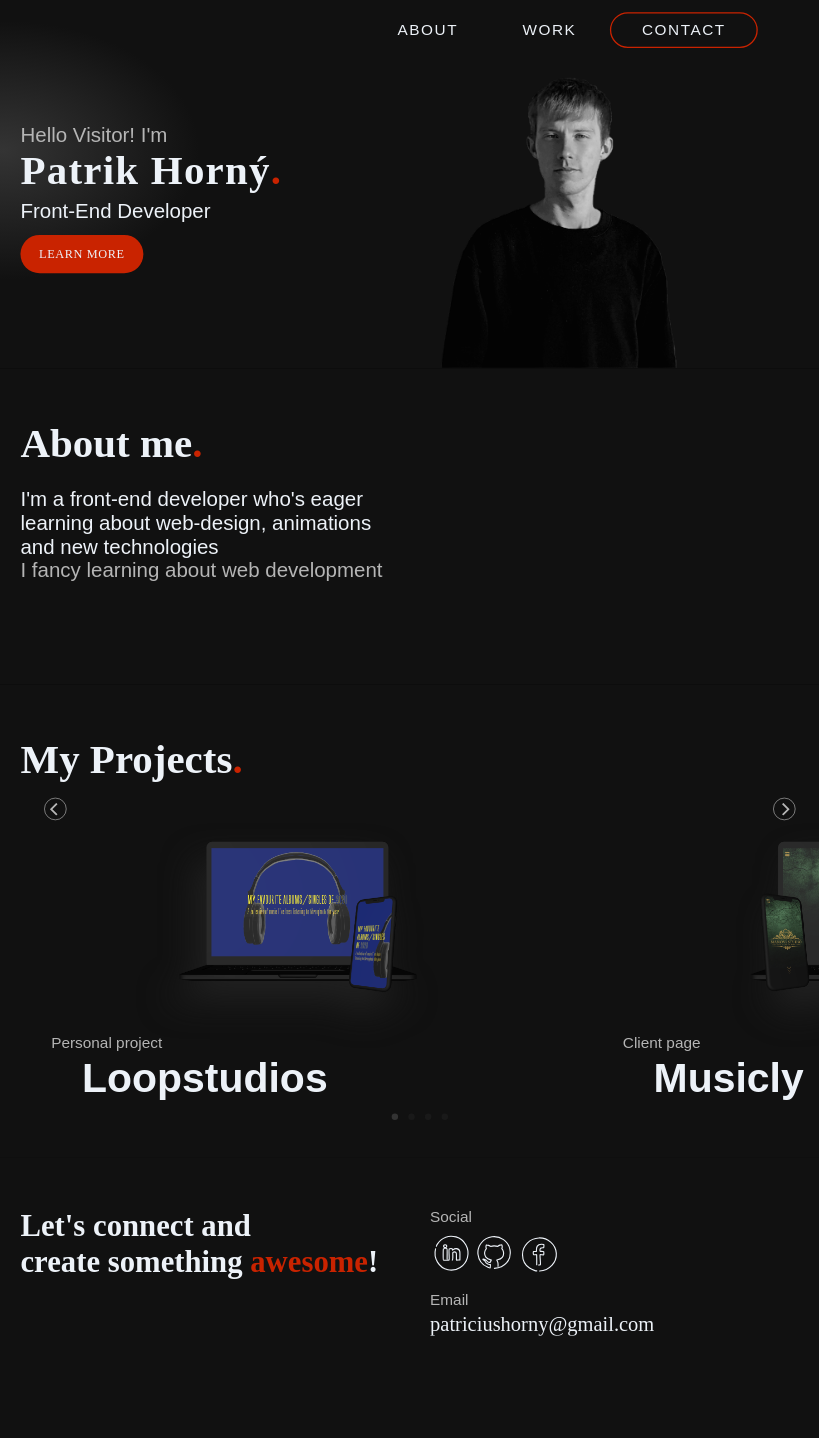
Repository: Spreceriany/portfolio
Page: index.html
The author's editor kept a copy of each file at every save. The page is drawn from the files as they stood at one save, then again after a run of saves.
The browser window is 1280 px wide. The pictures show the whole page, at 64% of full size.
The pointer rests on the first visible `.block-image`.
Some web fonts or font styles are not loaded; a fallback is used. The style sheet was rebuilt from its Sass, Less or Tailwind sources for each picture, by a compiler version that may differ from the author's.

Above is the page before, as saved 2021-03-11 11:54:02.

### index.html
<!DOCTYPE html>
<html lang="en">

<head>
    <meta charset="UTF-8">
    <meta http-equiv="X-UA-Compatible" content="IE=edge">
    <meta name="viewport" content="width=device-width, initial-scale=1.0">
    <title>Patrik Horny | Portfolio</title>
    <link rel="stylesheet" href="css/style.css">
    <link rel="preconnect" href="https://fonts.gstatic.com">
    <link href="https://fonts.googleapis.com/css2?family=Asul&family=Chivo:wght@900&display=swap" rel="stylesheet">
    <link rel="stylesheet" href="https://unpkg.com/flickity@2/dist/flickity.min.css">

</head>

<body>
    <header>
        <nav>
            <ul>
                <li><a href="#">About</a></li>
                <li><a href="#">Work</a></li>
                <li><a href="#">Contact</a></li>
            </ul>
            <div class="burger">
                <div class="line1"></div>
                <div class="line2"></div>
                <div class="line3"></div>
            </div>
        </nav>
    </header>

    <main>
        <section class="hero">
            <div class="hero__left-col">
                <p class="gray">Hello Visitor! I'm</p>
                <h1>Patrik Horný<span class="orange">.</span></h1>
                <p>Front-End Developer</p>
                <a href="#" class="btn">Learn more</a>

            </div>
            <div class="hero__right-col">
                <img src="./img/my_photo.png" alt="my-photo">

            </div>
        </section>

        <section class="about">
            <div class="about__left-col">
                <h2>About me<span class="orange">.</span></h2>
                <p>I'm a front-end developer who's eager learning about web-design, animations and new technologies
                </p>
                <p class="gray">I fancy learning about web development</p>
            </div>


        </section>

        <section class="work">
            <h2>My Projects<span class="orange">.</span></h2>
            <div class="carousel">

                <a class="work__item" href="https://musicly2020.netlify.app/">
                    <div class="block">
                        <img srcset="./img/musicly-mob/musicly-sm_aquzlh_c_scale,w_200.png 200w,
                        ./img/musicly-mob/musicly-sm_aquzlh_c_scale,w_662.png 611w,
                         ./img/musicly-lg.png  900w" src="./img/mobile/musicly-sm.png"  class="block-image" alt="musicly">

                        <small>Personal project</small>
                        <h3>Musicly 2020</h3>
                    </div>
                </a>

                <a class="work__item" href="https://manovistudio.dk/">
                    <div class="block">
                         <img srcset="./img/manovi-mob/manovistudio_euxpyv_c_scale,w_200.png 200w,
                         ./img/manovi-mob/manovistudio_euxpyv_c_scale,w_519.png 433w,
                         ./img/manovi-mob/manovistudio_euxpyv_c_scale,w_741.png 611w,
                         ./img/manovi-lg.png 900w"

                         src="./img/mobile/manovistudio.png" alt="manovistudio">
                         <small>Client page</small>
                         <h3>Manovistudio</h3>
                    </div>

                </a>

                <a class="work__item" href="https://wrappedgreen.netlify.app/">
                    <div class="block">
                          <img srcset="./img/wrapped-mob/wrapped-sm_lgvr6n_c_scale,w_200.png 200w,
                          ./img/wrapped-mob/wrapped-sm_lgvr6n_c_scale,w_583.png 433w,
                          ./img/wrapped-mob/wrapped-sm_lgvr6n_c_scale,w_848.png 644w,
                          ./img/wrapped-lg.png 900w"
                          src="./img/mobile/wrapped-sm.png" class="block-image" alt="wrappedgreen">
                          <small>Landing page</small>
                          <h3>Wrapped Green</h3>
                    </div>

                </a>



                <a class="work__item" href="https://loopstudiovr.netlify.app/">
                    <div class="block">
                        <img srcset="./img/loop-mob/loopstudios-sm_hzrmrv_c_scale,w_200.png 200w,
                        ./img/loop-mob/loopstudios-sm_hzrmrv_c_scale,w_433.png 433w,
                        ./img/loop-mob/loopstudios-sm_hzrmrv_c_scale,w_611.png 611w,
                        ./img/loop-lg.png 900w" src="./img/loop-mob/loopstudios-sm_hzrmrv_c_scale,w_200.png"
                    alt="loopstudios">
                        <small>Landing page</small>
                        <h3>Loopstudios</h3>

                    </div>

                </a>





            </div>

        </section>

        <section class="contact">
            <div class="contact__left-col">
                <h3>Let's connect and</h3>
                <h3>create something <span class="orange">awesome</span>! </h3>
            </div>

            <div class="contact__right-col">
                <small class="gray">Social
                </small>
                <ul>
                    <li><a href="https://www.linkedin.com/in/patrik-horn%C3%BD-42b797205/">
                            <?xml version="1.0" ?><svg height="256px" id="Layer_1" version="1.1" viewBox="0 0 256 256"
                                width="256px" xml:space="preserve" xmlns="http://www.w3.org/2000/svg"
                                xmlns:xlink="http://www.w3.org/1999/xlink">
                                <path class="st0"
                                    d="M34.367,105.308c-15.255,58.994,21.499,118.714,77.309,130.865c54.491,11.864,108.741-24.931,122.132-78.209  c13.576-54.011-18.103-112.414-72.055-127.246C77.289,8.035,39.505,84.527,39.501,88.37" />
                                <path class="st0"
                                    d="M106.662,168.972c-0.36-21.051,0.978-61.432-0.945-63.422  c-1.923-1.99-17.046-7.923-19.883-12.471c-2.838-4.548-2.011-13.662,8.126-13.674s11.419,8.666,8.78,14.31  c-2.64,5.644-17.584,9.811-19.288,12.105c-1.704,2.294-2.429,68.28,0,69.899c2.429,1.619,32.926,1.484,35.624-0.54  c2.699-2.024-3.374-67.47,0-69.09s17.407-1.889,19.162-1.079c1.754,0.81,0.675,7.692,1.889,8.366  c1.214,0.675,10.171-11.177,24.289-9.446c10.46,1.282,19.837,10.121,21.321,18.892s0.899,34.545,0.54,51.817  c-7.197,0.27-14.394,0.675-21.59,0.945c-0.27-14.574,1.08-33.6-0.81-43.586c-1.889-9.986-22.328-9.849-22.13,0  s1.619,43.586-2.699,43.451"
                                    id="linkedin" />
                            </svg>
                        </a></li>
                    <li><a href="https://github.com/Spreceriany">
                            <?xml version="1.0" ?><svg height="256px" id="Layer_2" version="1.1" viewBox="0 0 256 256"
                                width="256px" xml:space="preserve" xmlns="http://www.w3.org/2000/svg"
                                xmlns:xlink="http://www.w3.org/1999/xlink">
                                <path class="st0" d="M128.1,222.073" />
                                <path class="st0"
                                    d="M130.164,226.986c63.917-3.557,108.667-52.057,97.259-116.5c-9.288-52.47-60.722-87.613-112.739-80.577  C61.952,37.041,21.39,85.877,27.386,139.004c5.689,47.857,35.128,70.23,59.685,80.335c5.717,2.353,13.401,5.785,15.997,5.229  c2.596-0.556,1.763-14.95,1.763-21.889c-16,2.459-21.475-3.841-24.875-7.563c-3.857-4.222-6.125-8.563-10.063-14.938  s-11.063-4.875-11.813-8.563s15-2.688,26.313,11.25c8.188,10.146,16.928,7.089,21.625,4.188c0.154-1.612,0.526-3.775,1.438-6.188  c0.967-2.557,3.625-4.104,3.208-5.854c-0.417-1.75-21.804-0.577-34-17.667c-8.809-12.344-9.129-26.955-5.667-37.833  c2.322-7.297,6.196-12.443,8.833-15.417c-1.011-2.162-2.513-6.109-2.583-11.25c-0.076-5.549,1.554-9.796,2.583-12  c3.492,0.104,8.54,0.644,14.25,2.667c5.469,1.937,9.593,4.542,12.333,6.583c4.975-1.671,12.218-3.489,21.083-3.667  c10.135-0.203,18.344,1.819,23.667,3.583c2.616-2.336,6.987-5.648,13.167-7.917c4.489-1.648,8.518-2.229,11.5-2.417  c1.143,2.165,3.075,6.519,3.167,12.332c0.085,5.351-1.426,9.47-2.416,11.664c2.867,3.459,7.394,9.875,9.502,18.995  c0.751,3.249,4.857,20.981-6.996,36.24c-12.408,15.974-33.06,13.524-33.992,15.73c-0.932,2.206,3.964,6.297,6.266,14.877  c2.302,8.58,1.327,24.979,1.327,24.979" />
                            </svg>
                        </a></li>

                    <li><a href="https://www.facebook.com/profile.php?id=100007154296012">
                            <?xml version="1.0" ?><svg height="256px" id="Layer_1" version="1.1" viewBox="0 0 256 256"
                                width="256px" xml:space="preserve" xmlns="http://www.w3.org/2000/svg"
                                xmlns:xlink="http://www.w3.org/1999/xlink">
                                <g>
                                    <path class="st0"
                                        d="M118.489,204.01c0.668-30.724-0.583-59.627-0.514-61.433c0.099-2.572-16.945,1.061-19.046-1.053   c-2.101-2.114-3.309-18.205-0.521-19.591s15.355,1.129,18.007-0.526c2.652-1.655-11.513-55.269,46.601-43.421   c1.589,0.795-0.132,18.732-1.059,20.122c-0.927,1.39-12.708-1.787-19.062,3.177c-6.354,4.964-3.707,18.664-2.383,19.591   c1.324,0.927,20.188,0.198,21.445,1.589s1.456,18.798,0,20.122c-1.456,1.324-20.819-2.41-22.769-1.058   c-1.606,1.113,4.224,60.038,2.558,62.373c-1.666,2.335-7.731,2.133-11.56,2.226" />
                                    <path class="st0"
                                        d="M136.577,243.358c60.912-1.648,108.145-53.478,104.395-110.472c-3.662-55.647-54.02-97.612-108.923-95.753   C76.39,39.017,29.02,85.605,29.68,141.555c1.549,87.443,85.505,102.61,89.2,101.551" />
                                </g>
                            </svg>
                        </a></li>
                </ul>
                <small class="gray">Email</small>
                <a href="mailto:patriciushorny@gmail.com">patriciushorny@gmail.com</a>
            </div>

        </section>
    </main>

    <script src="https://unpkg.com/flickity@2/dist/flickity.pkgd.min.js"></script>

    <script src="js/script.js"></script>

</body>

</html>

### js/script.js
var elem = document.querySelector(".carousel");
var flkty = new Flickity(elem, {
  contain: true,

  prevNextButtons: true,
  pageDots: true,
  cellAlign: "left",
  contain: true,
  wrapAround:true,

});

### css/style.scss
$white-ish: #edf2f8;
$orange: rgb(201, 35, 0);
$gray: #b5b5b5;
$black: #111111;

body {
  font-family: "Asul", "Chivo", sans-serif;
  margin: auto;
  max-width: 1920px;
  overflow-x: hidden;
  background: radial-gradient(
    59.93% 44.1% at -11.63% 36.77%,
    #343434 0%,
    #111111 100%
  );
}

* {
  box-sizing: border-box;
  margin: 0;
  padding: 0;
  -webkit-font-smoothing: antialiased;
  -moz-osx-font-smoothing: grayscale;
}

.orange {
  color: $orange;
}

.gray {
  color: $gray;
}

@mixin clamping($min, $mid, $max) {
  font-size: clamp($min, $mid, $max);
}

@mixin grid($breakpoint){
  display:grid;
  grid-template-columns: 1fr;
  @media(min-width:$breakpoint){
    grid-template-columns: 1fr 1fr;
  }
}

header {
  max-width: 1440px;
  margin: 0 auto;
  min-height: 13vh;
  position: absolute;
  top: 0;
  left: 0;
  right: 0;
  display: flex;
  justify-content: flex-end;
  z-index: 2;
  nav {
    min-height: 10vh;
    display: flex;
    align-items: center;
    top: 0;
    right: 0;

    .burger {
      cursor: pointer;
      margin-right: 2em;
      @media (min-width: 996px) {
        display: none;
      }
      div {
        background-color: $orange;
        margin: 0.3em;
        transition: transform 500ms ease, opacity 500ms ease, width 500ms ease;
        &:nth-child(1) {
          width: 1.5em;
          height: 0.2em;
        }
        &:nth-child(2) {
          width: 1em;
          height: 0.2em;
        }

        &:nth-child(3) {
          width: 0.6em;
          height: 0.2em;
        }
      }
    }

    ul {
      margin-left: auto;
      display: none;
      @media (min-width: 992px) {
        display: block;
      }

      li {
        display: inline-block;
        padding: 0.5em 2em;
        font-size: 1.5rem;
        text-transform: uppercase;
        cursor: pointer;

        &:last-of-type {
          border: 2px solid $orange;
          border-radius: 9999px;
          background-image: linear-gradient($orange, $orange);
          background-position: 50% 50%;
          background-repeat: no-repeat;
          background-size: 0% 100%;
          transition: background-size 0.3s;
          margin-right: 4em;
          &:hover {
            background-size: 100% 100%;
          }
        }

        &:not(:last-child) a:hover {
          color: $orange;
        }
        a {
          width: 100%;
          text-decoration: none;
          color: $white-ish;
          letter-spacing: 0.1em;
          transition: color 0.3s ease-out;
        }
      }
    }
  }
}

main {
  margin: 0 auto;
  background-color: black;
}

.btn {
  background-color: $orange;
  padding: 1em 0.7em;
  color: $white-ish;
  border-radius: 9999px;
  width: 10em;
  flex-shrink: 0;
  text-align: center;
  text-decoration: none;
  text-transform: uppercase;
  font-family: "Chivo";
  letter-spacing: 0.05em;
  margin: 1em 0;
  @include clamping(.8rem,3vw ,1.2rem );
  &:hover {
    background-color: transparent;
  }
  @media(min-width:556px){

    padding: 1em .5em;

  }
}

.hero {
  width: 100%;

  margin: 0 auto;
  min-height: 80vh;
  @media(min-width:556px){
    max-height: 100vh;
  }
  background: radial-gradient(
    59.93% 44.1% at -11.63% 36.77%,
    #343434 0%,
    #111111 100%
  );
  @media(min-width:556px){
    background: radial-gradient(23.93% 35.1% at 0.37% 40.77%, #343434 0%, #111111 100%);
  }
  align-items: center;
  color: $white-ish;
  position: relative;
  @include grid(556px);

  &__left-col {
    display: flex;
    flex-direction: column;
    padding-left: 2em;
    padding-top: 4em;
    ul {
      list-style-type: none;
      li {
        display: inline-flex;
        width: 2em;
        img {
          width: 100%;
        }
      }
    }

    p {
      @include clamping(1rem, 3vw, 2rem);
    }

    h1 {
      @include clamping(2rem, 5vw, 6rem);
      margin-bottom: 0.1em;
      letter-spacing: 0.03em;
      font-family: "Chivo";
    }
  }

  &__right-col {
    position: relative;

    display: flex;
    flex-direction: column;
    align-items: flex-end;
    width: 100%;
    height: 100%;
    &::after {
      content: "";
      position: absolute;
      width: 100%;
      height: 100%;
      bottom: 0;
      left: 0;
      box-shadow: inset 0 -10px 10px -10px #000000;
      @media(min-width:556px){
        box-shadow: none;
      }
    }
    img {
      position: absolute;
      width: 70%;
      right: 0;
      bottom: 0;
      @media(min-width:556px){
        max-width: 90%;
        object-fit: contain;
        height: 80%;
        left:0;
        right: auto;
      }
    }
  }
}

.about {
  width: 100%;
  padding: 5em 0 10em 0;
  background-color: #111111;
  color: $white-ish;
  display: grid;

  @include grid(556px);
  &__left-col {
    padding: 0 2em;
    h2 {
      font-family: "Chivo";
      @include clamping(2rem, 5vw, 6rem);
      margin-bottom: 0.5em;
    }
    p{
      @include clamping(1.2rem, 3vw, 2rem);
    }
  }


}

.work {
  width: 100%;
  padding: 5em 0;
  position: relative;
  background-color: $black;
  padding-left: 2em;
  h2 {
    color: $white-ish;
    font-family: "Chivo";

    @include clamping(2rem, 5vw, 6rem);

  }
  &__item {
    position: relative;
    width: 69%;
    height: 100%;
    margin-right: 2em;
    display: flex;
    flex-direction: column;
    padding-bottom: 2em;


    .link{
      opacity:0;
      position: absolute;
      top: 100%;
      left: 24%;
      text-decoration: none;
      color: $white-ish;
      border:1px solid $white-ish;
    }


    .block{
      height: 100%;
    }
    .block:hover {
      .link{
        opacity:1;
        z-index: 5;
      }



    }
    img {
      width: 100%;
      height: 100%;
      object-fit: contain;
      position: relative;
    }
    &:nth-child(odd) img {
      filter: drop-shadow(-17px 31px 25px rgb(32, 32, 32));
    }
    &:nth-child(even) img {
      filter: drop-shadow(20px 31px 25px rgb(32, 32, 32));
    }

    small {
      display: block;
      color: $gray;
      font-size: clamp(0.8rem, 3vw, 1.5rem);
    }
    h2 {
      color: $white-ish;
      font-family: "Asul";
      letter-spacing: 0.02em;
      padding-left: 0;
      font-weight: normal;
      @include clamping(1.7rem, 5vw, 6rem);
    }

    h3{
      @include clamping(1.7rem, 5vw, 4rem);
      color: $white-ish;
      position: relative;
      display: inline-block;
      color: $orange;
      overflow: hidden;
      background: linear-gradient(to right, $orange, $orange 50%, $white-ish 50%);
      background-clip: text;
      -webkit-background-clip: text;
      -webkit-text-fill-color: transparent;
      background-size: 200% 100%;
      background-position: 100%;
      transition: background-position 275ms ease;
      text-decoration: none;
      &:hover {
        background-position: 0 100%;
      }
    }

    small,
    h3 {
      position: absolute;
      margin-top: 1.5em;
      top: 74%;
      padding-left: 2em;

      @media(min-width:1000px){
        margin-top:  0.8em;
      }
    }
  }
}

.carousel{
  width:100%;
  height:50vh;
  @media(min-width:1212px){
    height: 70vh;
  }

}




.flickity-viewport{
  height: 100% !important;
}

.contact{
  width: 100%;
  padding: 5em 0 10em 0em;
  background: $black;
  color: $white-ish;
  display: grid;
  grid-template-columns: 1fr;
  @media(min-width:556px){
    grid-template-columns: 1fr 1fr;
  }


  &__left-col{
    margin-bottom: 2em;
    font-family: 'Asul';
    padding: 0em 2em;
    @media(max-width:556px){
      padding: 0;
    }
    h3{
      @include clamping(2rem, 5vw, 3rem);


      .orange{

        font-weight: bold;


      }
    }
  }

  &__right-col{
    display: flex;
    flex-direction: column;
    @media(max-width:556px){
      padding:0;
    }
    padding: 0em 2em;

    small{
      @include clamping(.9rem,3vw ,1.5rem );
      margin-bottom: .2em ;
    }

    svg {
      width: 100%;
      height: 100%;
      fill: none;
      stroke: #edf2f8;
      stroke-width: 7;
      stroke-linecap: round;
      stroke-linejoin: round;
      stroke-miterlimit: 10;
      transition: stroke 0.3s, transform 0.3s ease-in;
      &:hover {
        stroke: $orange !important;
        transform: translateY(-2px);
      }
    }

    ul {
      list-style-type: none;
      li {
        display: inline-flex;
        width: 3em;
        @media(min-width:556px){
          width: 4em;
          margin-bottom: 1.5em;
        }
        img {
          width: 100%;
        }
      }
    }

    a{
      @include clamping(1.5rem, 5vw, 2rem);
      position: relative;
      display: inline-block;
      color: $orange;
      overflow: hidden;
      background: linear-gradient(to right, $orange, $orange 50%, $white-ish 50%);
      background-clip: text;
      -webkit-background-clip: text;
      -webkit-text-fill-color: transparent;
      background-size: 200% 100%;
      background-position: 100%;
      transition: background-position 275ms ease;
      text-decoration: none;
      font-family: 'Chivo';
      &:hover {
        background-position: 0 100%;
      }
    }
  }
}

.flickity-prev-next-button{
  top: 8% !important;
  width: 27px !important;
  height: 27px !important;
  border-radius: 50% !important;
  transform: translateY(-50%);
  margin: 0 1em;

  @media(min-width:556px){
    margin:0 2em;
    width: 35px !important;;
    height: 35px !important;
  }
}

.flickity-button {
  position: absolute;
  background: transparent !important;
  border: 1px solid $gray !important;
  color: $gray !important;
}

.flickity-button-icon:focus-within, .flickity-button-icon:hover{
  color: $orange;
}

After the next 2 saves:
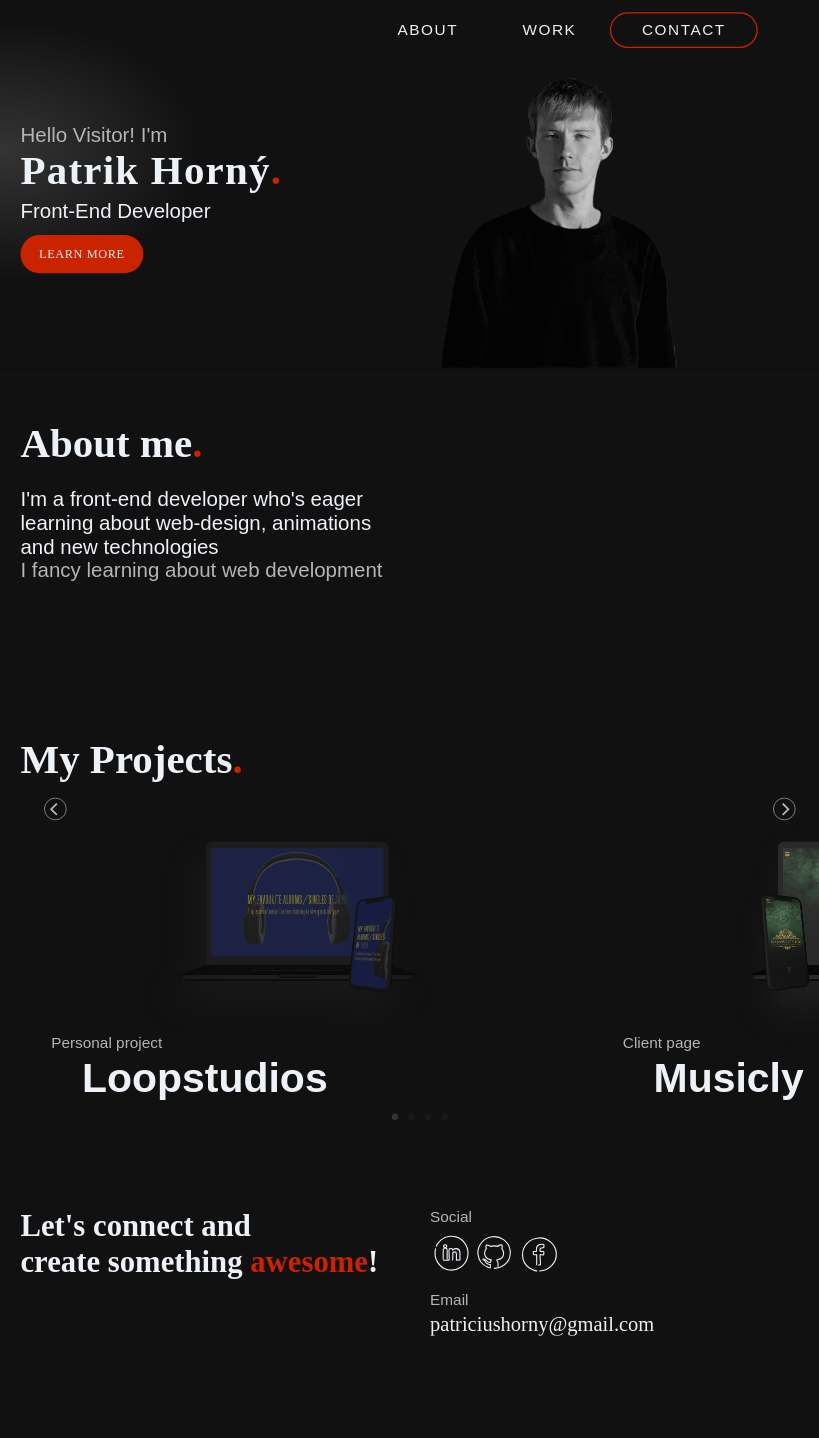
The 2 saves are shown as one change because they came seconds apart.
The last was saved 37 s later.
--- a/css/style.scss
+++ b/css/style.scss
@@ -513,3 +513,7 @@
 .flickity-button-icon:focus-within, .flickity-button-icon:hover{
   color: $orange;
 }
+
+.block-image:hover{
+  opacity: .5;
+}
